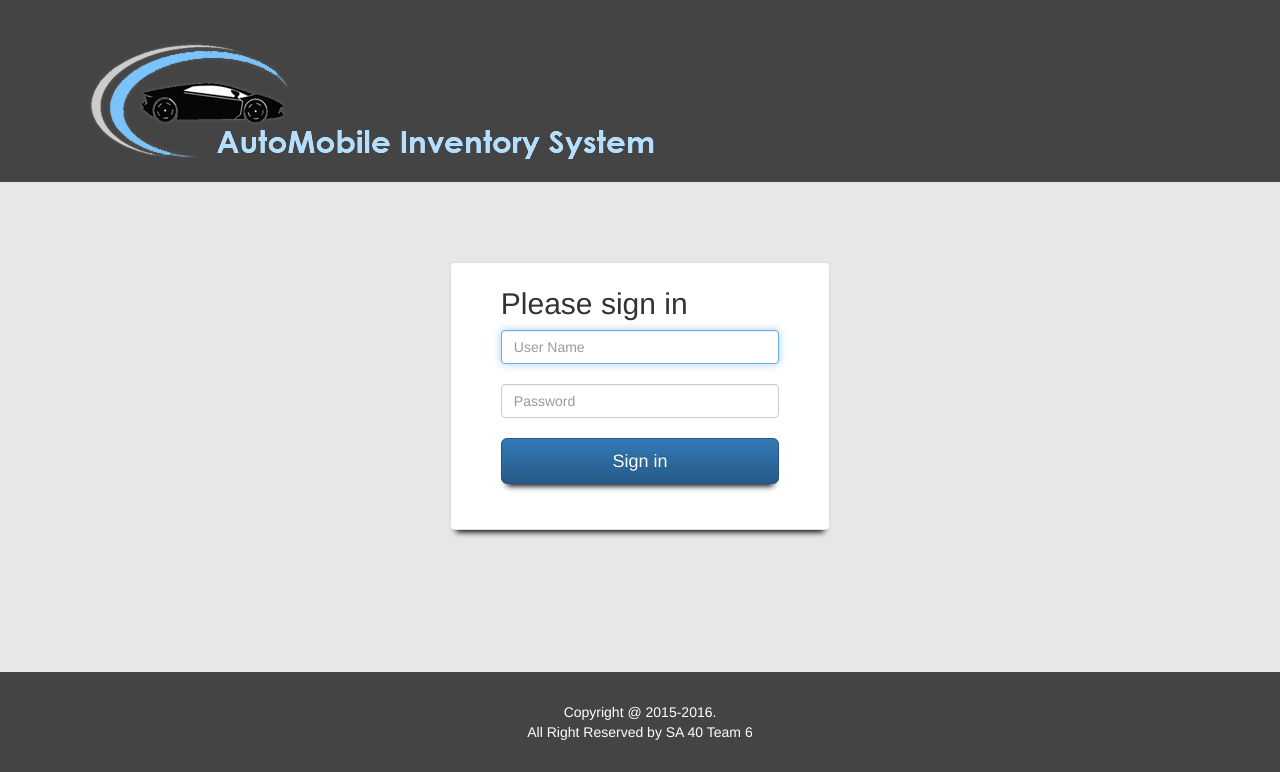
Repository: JiorMajor/InventorySystemWorkspace
Page: http://localhost/InventoryWebSA40Team6/ShowLogin
An editor plug-in stored every save of this project. The page is shown before and after the next save, followed by the edit.
The browser window is 1280 px wide. The pictures show the whole page.
The page is served by Tomcat 9. Other server files are loaded and not shown.

Above is the page before, as saved 2015-06-12 18:08:15.

### InventoryWebSA40Team6/WebContent/WEB-INF/decorators.xml
<?xml version="1.0" encoding="UTF-8"?>
<decorators defaultdir="/decorators">
    <decorator name="basic-theme" page="master-theme.jsp">
        <pattern>/pages/*</pattern>
    </decorator>
</decorators>

### InventoryWebSA40Team6/WebContent/index.jsp
<?xml version="1.0" encoding="UTF-8" ?>
<%@ taglib uri="http://www.opensymphony.com/sitemesh/decorator"
	prefix="decorator"%>
<%@ taglib prefix="c" uri="http://java.sun.com/jsp/jstl/core"%>
<html xmlns="http://www.w3.org/1999/xhtml">
<head>

<meta charset="utf-8">
<meta http-equiv="X-UA-Compatible" content="IE=edge">
<meta name="viewport" content="width=device-width, initial-scale=1">
<title>SitemeshDemo</title>
<!-- Bootstrap -->
<link href="bootstrap/css/bootstrap.min.css" type="text/css" rel="stylesheet" />
<link href="bootstrap/css/bootstrap-theme.min.css" type="text/css" rel="stylesheet" />
<link href="bootstrap/css/style.css" type="text/css" rel="stylesheet" />
<script type="text/javascript" src="bootstrap/js/jquery-1.11.3.min.js"></script>
<script type="text/javascript" src="bootstrap/js/bootstrap.min.js"></script>
<script type="text/javascript" src="bootstrap/js/modal.js"></script>
</head>
<body>
	<div class="header">
		<div class="container">
			<div class="row ">
				<div class="col-lg-12">
					<a href="#"><img src='images/3.png'></a>
				</div>
			</div>
		</div>
	</div><!-- End header -->

	<div class="container" style="height:490px">
	<div class="row">
	<div class="col-md-12 col-sm-12 col-xs-12" >
	<br><br><br><br>
	</div>
	</div>
	  <div class="row">
	  <div class="container">
	  <div class="col-md-4 col-sm-4 col-xs-4"></div>
	  <div class="col-md-4 col-sm-4 col-xs-4 thumbnail"
	  style="-webkit-box-shadow: 0 8px 6px -6px black;
			 -moz-box-shadow: 0 8px 6px -6px black;
			  box-shadow: 0 8px 6px -6px black;">
	  <div class="col-md-1"></div>
	  <div class="col-md-10">
      <form class="form-signin" action="/InventoryWebSA40Team6/ValidateLogin" method=post>
        <h2 class="form-signin-heading">Please sign in</h2>
		<c:if test="${flag==\"false\"}">
			<h4 style="color:red">Invalid Login! Please try again.</h4>
		</c:if>
        <label for="inputEmail" class="sr-only">Email address</label>
        <input type="text" id="inputEmail" class="form-control" placeholder="User Name" name="name" required autofocus>
        <br>
        <label for="inputPassword" class="sr-only">Password</label>
        <input type="password" id="inputPassword" class="form-control" placeholder="Password" name="password" required>
        <br>
        <button class="btn btn-lg btn-primary btn-block" type="submit" style="-webkit-box-shadow: 0 8px 6px -6px black;
			 -moz-box-shadow: 0 8px 6px -6px black;
			  box-shadow: 0 8px 6px -6px black;">Sign in</button>
        <br><br>
      </form>
      </div>
      <div class="col-md-1"></div>

      <div class="col-md-4"></div>
      </div>
      </div>
      </div>
    </div> <!-- /container -->

		<div class="footer">
	<div class="container">
			<div class="row">
				<div class="col-lg-12">
					<center><p>Copyright @ 2015-2016.<br>All Right Reserved by SA 40 Team 6</p></center>
				</div>
			</div>
		</div>

	</div>
</body>
</html>

### InventoryWebSA40Team6/src/controller/ShowLogin.java
package controller;

import java.io.IOException;

import javax.servlet.RequestDispatcher;
import javax.servlet.ServletException;
import javax.servlet.annotation.WebServlet;
import javax.servlet.http.HttpServlet;
import javax.servlet.http.HttpServletRequest;
import javax.servlet.http.HttpServletResponse;

/**
 * Servlet implementation class ShowLogin
 */
@WebServlet("/ShowLogin")
public class ShowLogin extends HttpServlet {
	private static final long serialVersionUID = 1L;

    /**
     * @see HttpServlet#HttpServlet()
     */
    public ShowLogin() {
        super();
        // TODO Auto-generated constructor stub
    }

	/**
	 * @see HttpServlet#doGet(HttpServletRequest request, HttpServletResponse response)
	 */
	protected void doGet(HttpServletRequest request, HttpServletResponse response) throws ServletException, IOException {
		// TODO Auto-generated method stub
		RequestDispatcher rd = request.getRequestDispatcher("/index.jsp");
		rd.forward(request, response);
	}

	/**
	 * @see HttpServlet#doPost(HttpServletRequest request, HttpServletResponse response)
	 */
	protected void doPost(HttpServletRequest request, HttpServletResponse response) throws ServletException, IOException {
		// TODO Auto-generated method stub
	}

}

### InventoryWebSA40Team6/WebContent/bootstrap/css/style.css
@CHARSET "UTF-8";
*{
	margin:0 auto;
	padding:0 auto;
}
body{
	background:#e7e7e7;
}

.header{
	padding:30px 0 ;
	border:1px solid #ccc;
    padding: 10px 0;
    width: 100%;
    background:#444;
    border:0;
    margin:0;

}
.header img{border:0;}
.menu{
	background: #ccc;
	box-shadow:2px -1px 13px #333;

}
.footer{
	background:#444;
	padding:30px 0;
	width:100%;
	height:100px;
}
p{
	color:#fff;
}
img{
	border:1px solid #ccc;
}
.main{
	padding-top:30px;
	padding-bottom:30px;
}
.main p{
	color:#333;
}
.navbar-default{
	color:none;
	border:none;
	box-shadow:none;
}
.navbar{margin-bottom:0;}
.navbar-header{
	background:none;
	color:#fff;
}
a.navbar-brand{
	color:none;
	padding-left:0;
	padding-right: 70px;
}
.navbar-default{
	background:none;
	padding:0;
}
.navbar-default .navbar-brand{color:#444;}

h1{padding-bottom:30px;}*/

select{
	width:100%;
	padding-top:10px;
	padding-bottom:4px;

}
/*
table{
	width:100%;

}

table tr td{
	border:1px solid #ccc;
	padding:5px;
	text-algin:center;

}
table form input{
	width:50%;
}
table tr td input{
	margin:5px;

}

table tr.title{
	font-weight: bold;
	font-size:16px;

}*/

.button{
	margin-top:20px;
	float:right;
}
hr{border-color:rgb(204,204,204);}

.imp{
	color:red;
	font-weight: bold;
	font-size:16px;
}
h4.success{
	color:green;
	background:#f0f0f0;
	border:1px solid #ccc;
	padding:10px;
	margin:0 0 35px;
}

.navbar-default .navbar-nav > li > a{
	color: #333;
    font-size: 15px;

}

.navbar-default .navbar-nav > li > a:focus, .navbar-default .navbar-nav > li > a:hover{
	background: rgb(231,231,231);
}
.dropdown-menu{
	padding-top:0;

}
.dropdown-menu .divider{
	margin:0 0;
	border-bottom: 1px dashed;
	background-color: #ccc;
    height: 0;
}
.dropdown-menu > li > a{
	padding-top:10px;
	padding-bottom:10px;
	color:#ccc;
}
.dropdown-menu{
	background-color: #595959;
	opacity:0.4%;
}
.alert-danger{
	float:left;
	margin-bottom:20px;
	width:100%;
}

.cus{
	margin:20px 0;
}
.navbar-nav .open .dropdown-menu{
	background-color: #ccc;
}
#bs-example-navbar-collapse-1 > ul> li>ul .navbar-nav .open .dropdown-menu {
	background: #ccc;
}

#bs-example-navbar-collapse-1 > ul > li > ul.dropdown-menu{
	background-color:#595959;
	opacity:0.4%;
}
#bs-example-navbar-collapse-1 > ul > li > ul > li> a{
	color:#ccc;
}
#bs-example-navbar-collapse-1 > ul > li > ul > li> a:hover{
	background: rgb(231,231,231);
	color:#333;
}

### InventoryWebSA40Team6/WebContent/bootstrap/js/modal.js
/**
 *
 */
$('#myModal').on('shown.bs.modal', function () {
  $('#myInput').focus()
})

Loaded but not shown: InventoryWebSA40Team6/WebContent/bootstrap/css/bootstrap.min.css (library); InventoryWebSA40Team6/WebContent/bootstrap/css/bootstrap-theme.min.css (library); InventoryWebSA40Team6/WebContent/bootstrap/js/jquery-1.11.3.min.js (library); InventoryWebSA40Team6/WebContent/bootstrap/js/bootstrap.min.js (library)

After the next save:
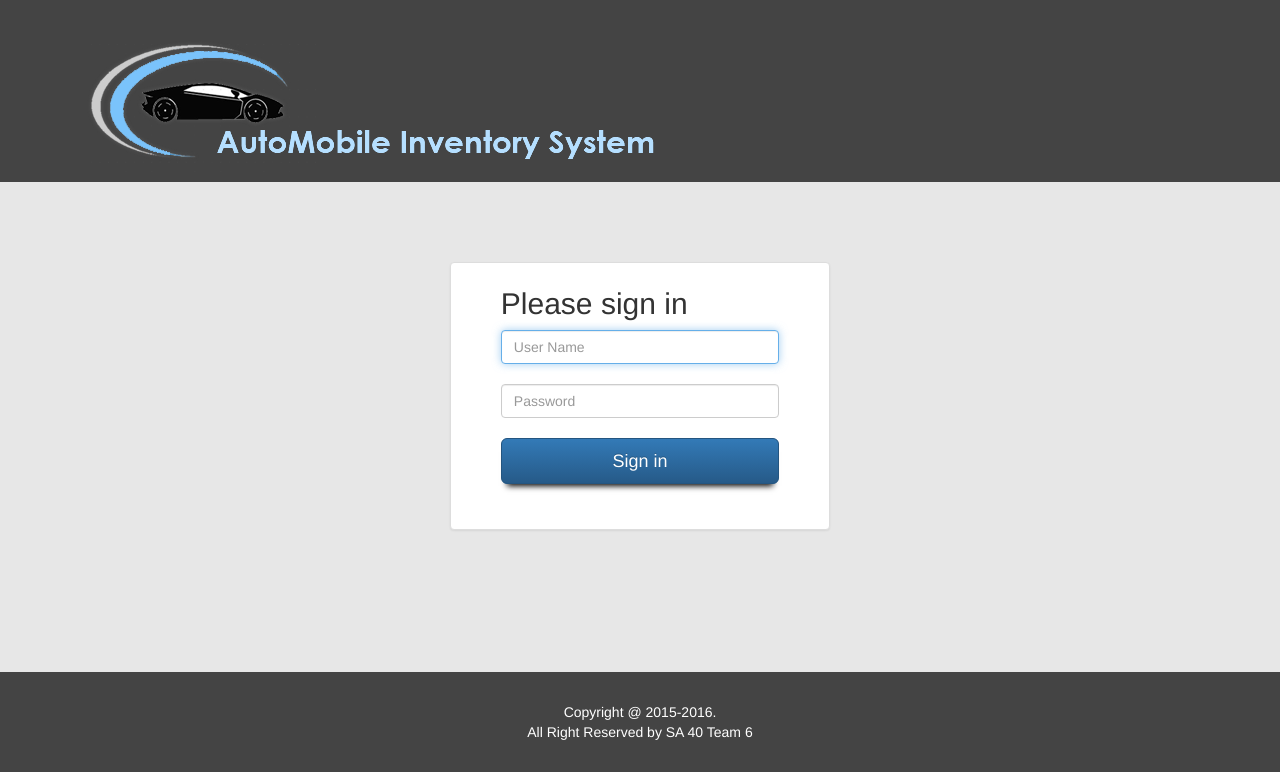
Saved 54 s later.
--- a/InventoryWebSA40Team6/WebContent/index.jsp
+++ b/InventoryWebSA40Team6/WebContent/index.jsp
@@ -38,9 +38,9 @@
 	  <div class="container">
 	  <div class="col-md-4 col-sm-4 col-xs-4"></div>
 	  <div class="col-md-4 col-sm-4 col-xs-4 thumbnail"
-	  style="-webkit-box-shadow: 0 8px 6px -6px black;
-			 -moz-box-shadow: 0 8px 6px -6px black;
-			  box-shadow: 0 8px 6px -6px black;">
+	  style=-webkit-box-shadow: -15px 13px 20px 3px rgba(0,0,0,0.91);
+-moz-box-shadow: -15px 13px 20px 3px rgba(0,0,0,0.91);
+box-shadow: -15px 13px 20px 3px rgba(0,0,0,0.91);>
 	  <div class="col-md-1"></div>
 	  <div class="col-md-10">
       <form class="form-signin" action="/InventoryWebSA40Team6/ValidateLogin" method=post>
